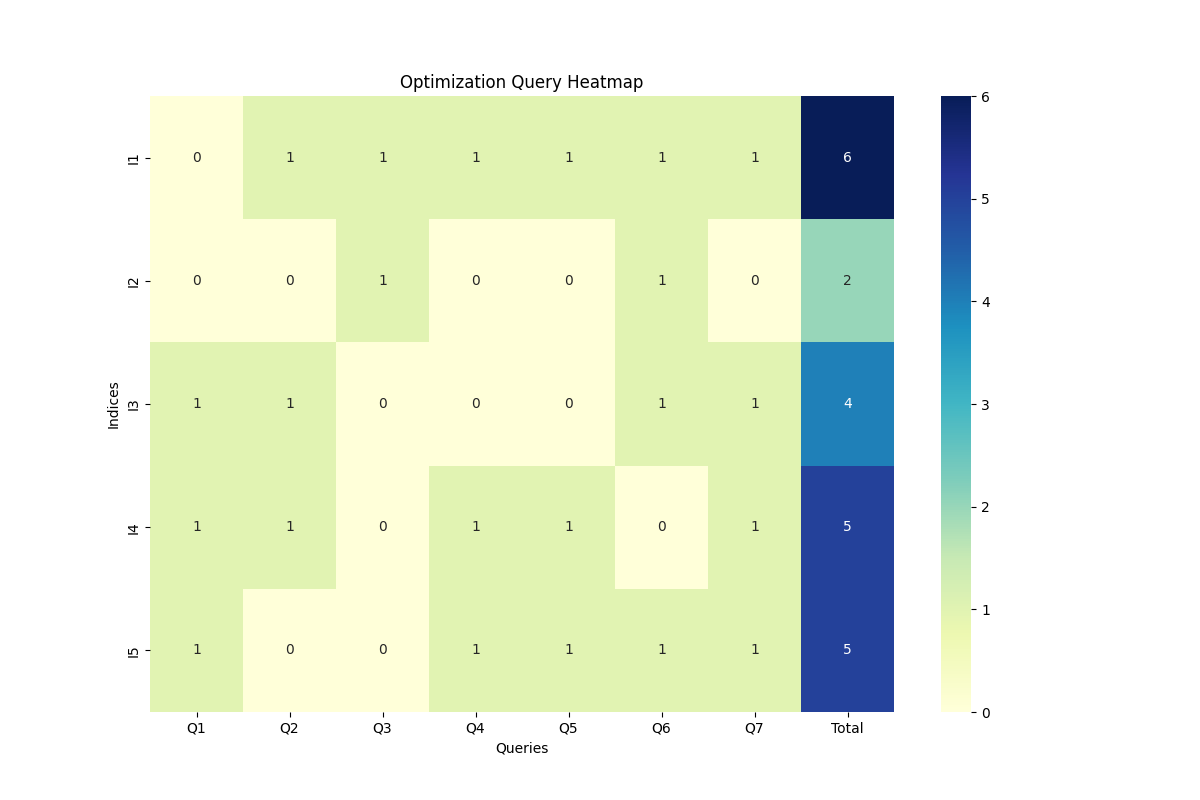
Repository: MarioPasc/Base-de-Datos-Microbiomas
Script's output: python src/mongodb_performance_analysis.py
These files come from the project's save history. The script's output is drawn as it stood at one moment and after the next save; the edit follows.
Random numbers start from a fixed seed.

Above is the script's output before, as saved 2024-06-03 16:54:42.

After the next save:
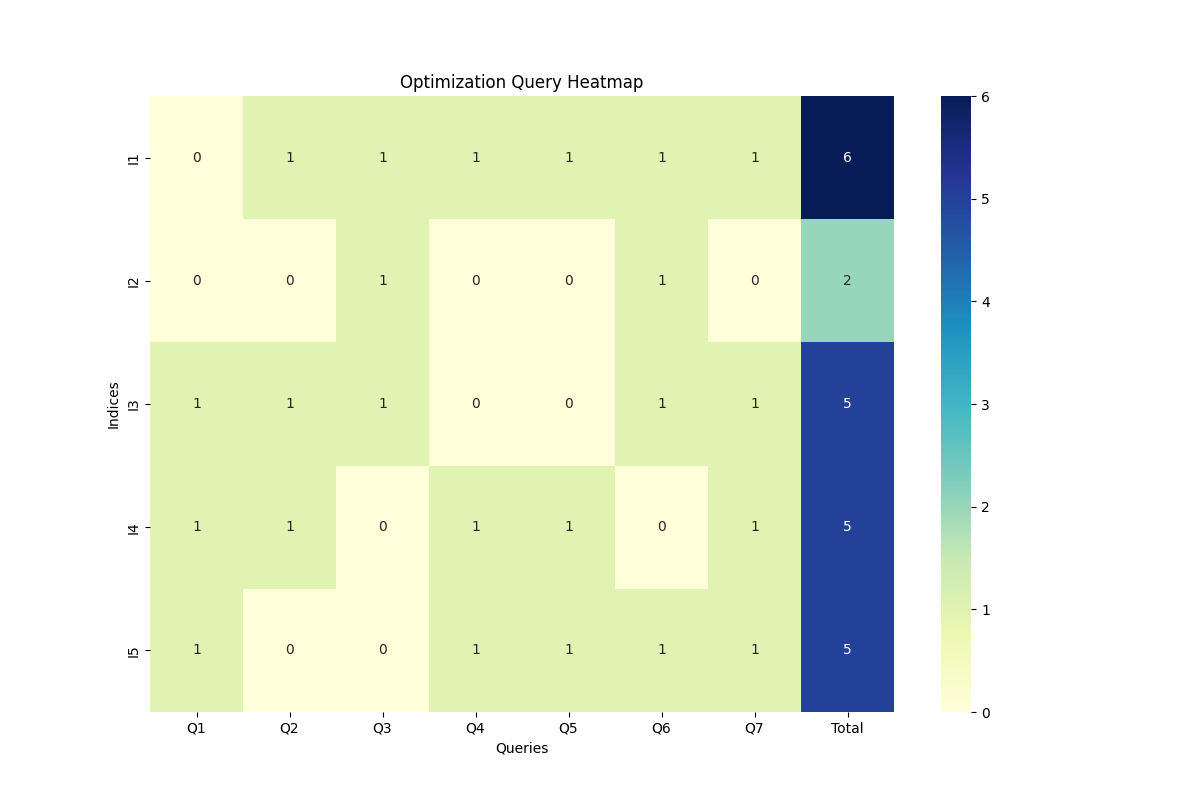
Saved 39 min 15 s later.
--- a/query_optimization/mongodb/best_times_mongodb.csv
+++ b/query_optimization/mongodb/best_times_mongodb.csv
@@ -1,7 +1,7 @@
 Query,Min_time,Indexes
 Q1,0.0554642677307128,I3+I4+I5
 Q2,0.0940334796905517,I1+I3+I4
-Q3,0.0844488143920898,I1+I2
+Q3,0.0844488143920898,I1+I2+I3
 Q4,0.0379993915557861,I1+I4+I5
 Q5,0.0573930740356445,I1+I4+I5
 Q6,0.0800921916961669,I1+I2+I3+I5
